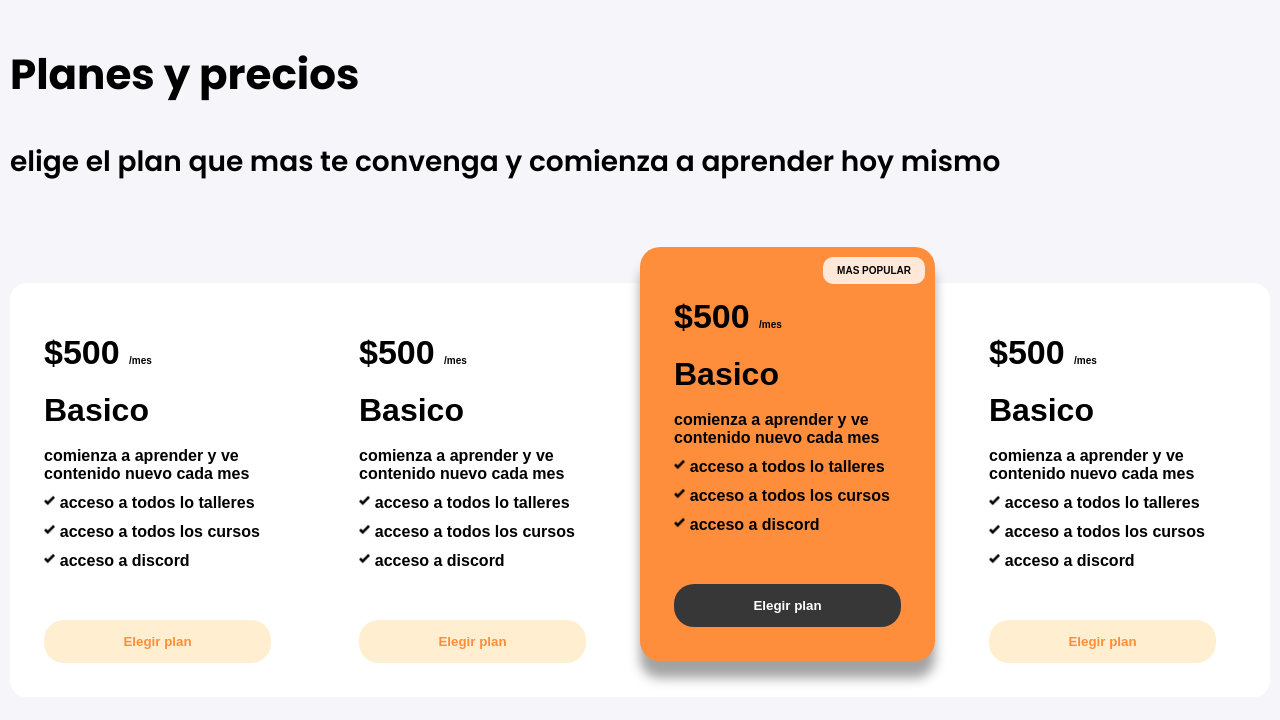
Repository: darkmantiz2/Tarjetas-planes
Page: index.html
The author's editor kept a copy of each file at every save. The page is drawn from the files as they stood at one save, then again after the next save.
The browser window is 1280 px wide. The pictures show the whole page.

Above is the page before, as saved 2022-01-11 15:16:51.

After the next save:
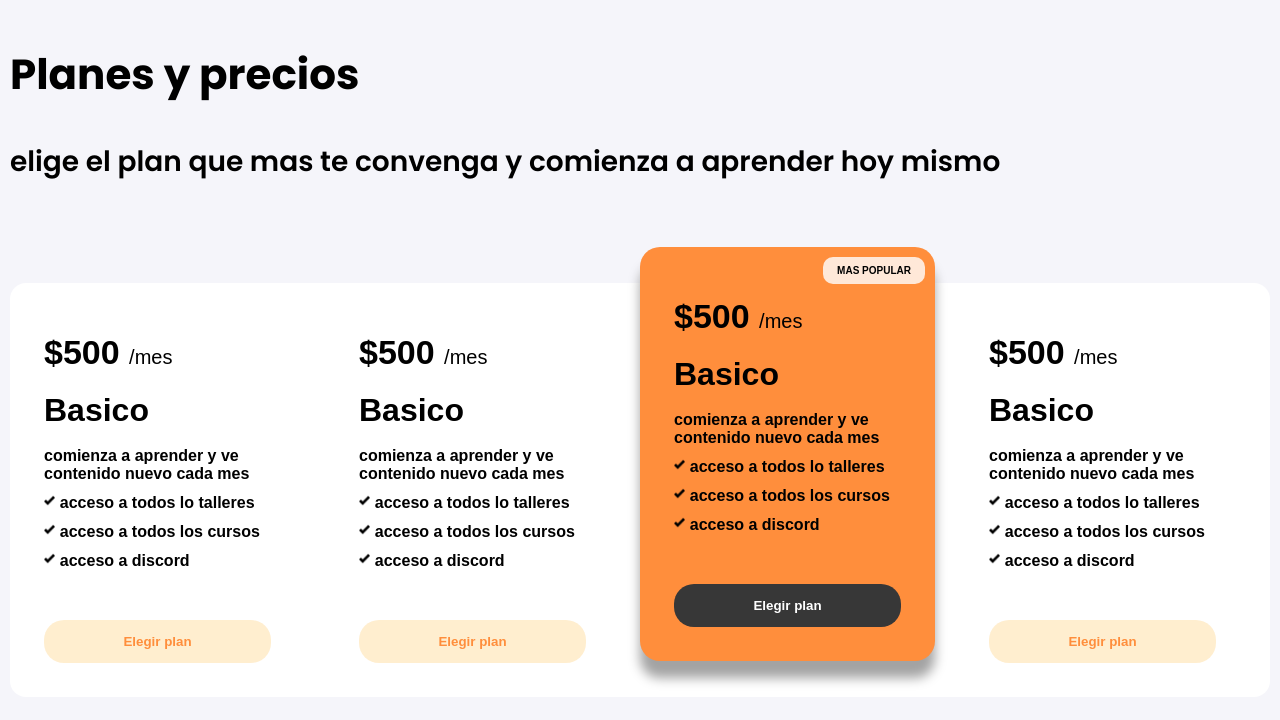
Saved 25 s later.
--- a/css/index.css
+++ b/css/index.css
@@ -48,7 +48,8 @@ body {
 }
 
 .card-month {
-  font-size: 10px;
+  font-size: 20px;
+  font-weight: 100;
   color: black;
 
 }
